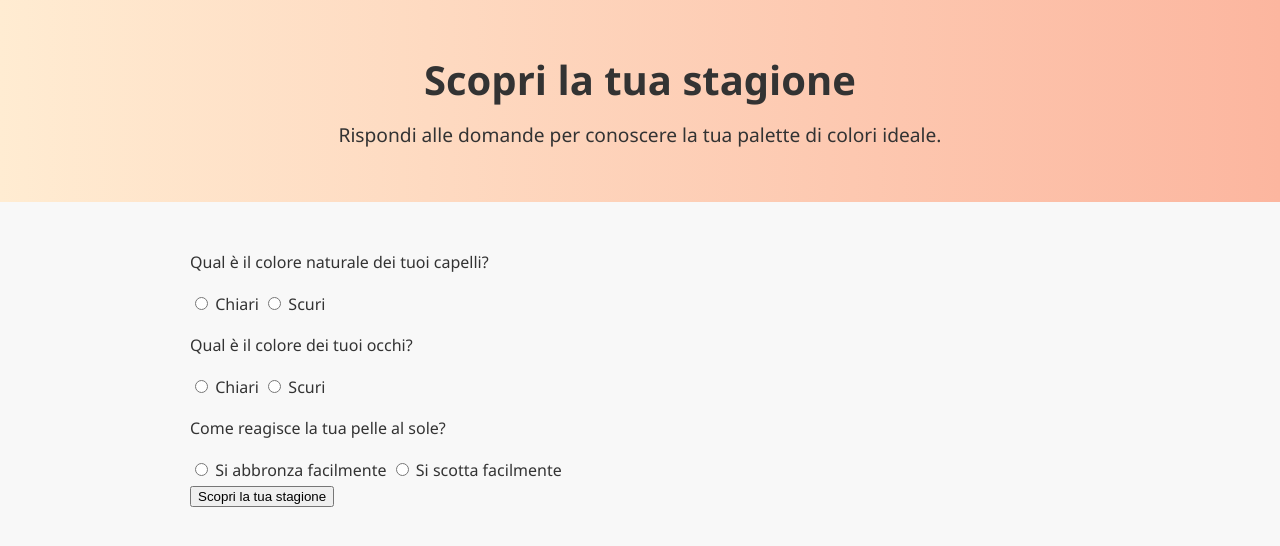
Repository: Probyte5D/Armocromia-website
Page: index.html
An editor plug-in stored every save of this project. The page is shown before and after the next save, followed by the edit.
The browser window is 1280 px wide. The pictures show the whole page.

Above is the page before, as saved 2025-04-17 20:04:17.

After the next save:
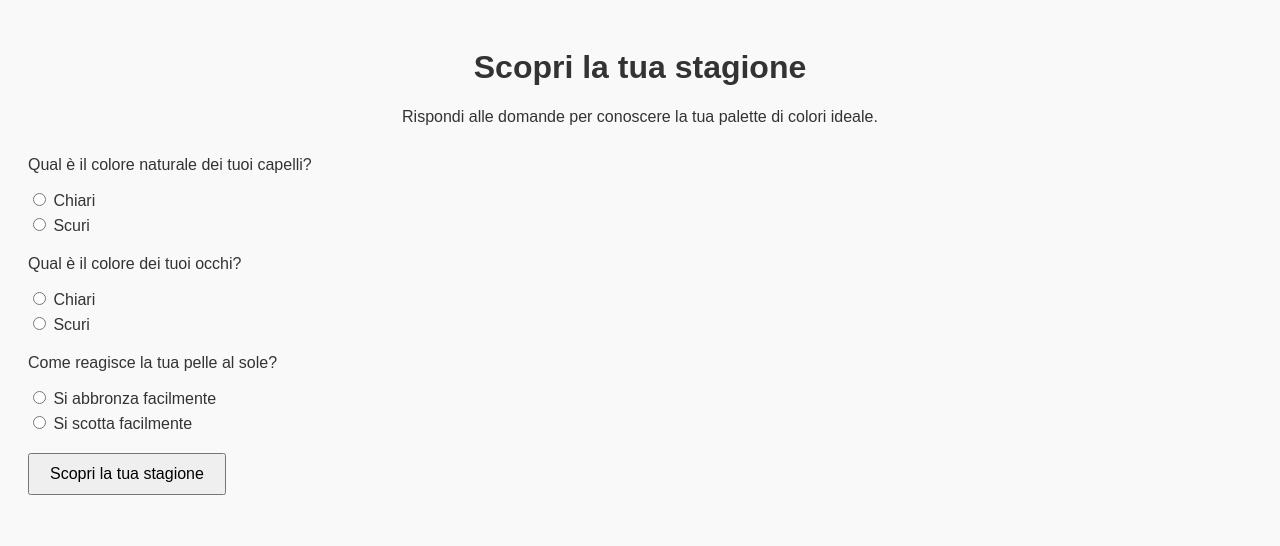
Saved 30 s later.
--- a/style.css
+++ b/style.css
@@ -1,68 +1,42 @@
 body {
-  margin: 0;
-  font-family: 'Segoe UI', sans-serif;
-  background: #f8f8f8;
+  font-family: Arial, sans-serif;
+  background-color: #f9f9f9;
   color: #333;
-  line-height: 1.6;
+  padding: 20px;
 }
 
 header {
   text-align: center;
-  padding: 3rem 1rem 2rem;
-  background: linear-gradient(to right, #ffecd2, #fcb69f);
+  margin-bottom: 30px;
 }
 
-header h1 {
-  font-size: 2.5rem;
-  margin: 0;
+.question {
+  margin-bottom: 20px;
 }
 
-header p {
-  font-size: 1.2rem;
-  margin-top: 0.5rem;
+label {
+  display: block;
+  margin: 5px 0;
 }
 
-main {
-  max-width: 900px;
-  margin: 0 auto;
-  padding: 2rem;
+button {
+  padding: 10px 20px;
+  font-size: 16px;
 }
 
-.season {
-  margin-bottom: 3rem;
-  padding: 1.5rem;
-  border-radius: 1rem;
-  background-color: #fff;
-  box-shadow: 0 4px 10px rgba(0, 0, 0, 0.05);
+.hidden {
+  display: none;
 }
 
-.season h2 {
-  margin-top: 0;
+#palette {
+  display: flex;
+  gap: 10px;
+  margin-top: 20px;
 }
 
-.palette {
-  display: flex;
-  gap: 1rem;
-  margin-top: 1rem;
-}
-
-.color {
+.color-box {
   width: 60px;
   height: 60px;
-  border-radius: 8px;
+  border: 1px solid #ccc;
   cursor: pointer;
-  transition: transform 0.2s;
-  border: 2px solid #eee;
 }
-
-.color:hover {
-  transform: scale(1.1);
-  border-color: #999;
-}
-
-footer {
-  text-align: center;
-  padding: 2rem;
-  font-style: italic;
-  color: #666;
-}
